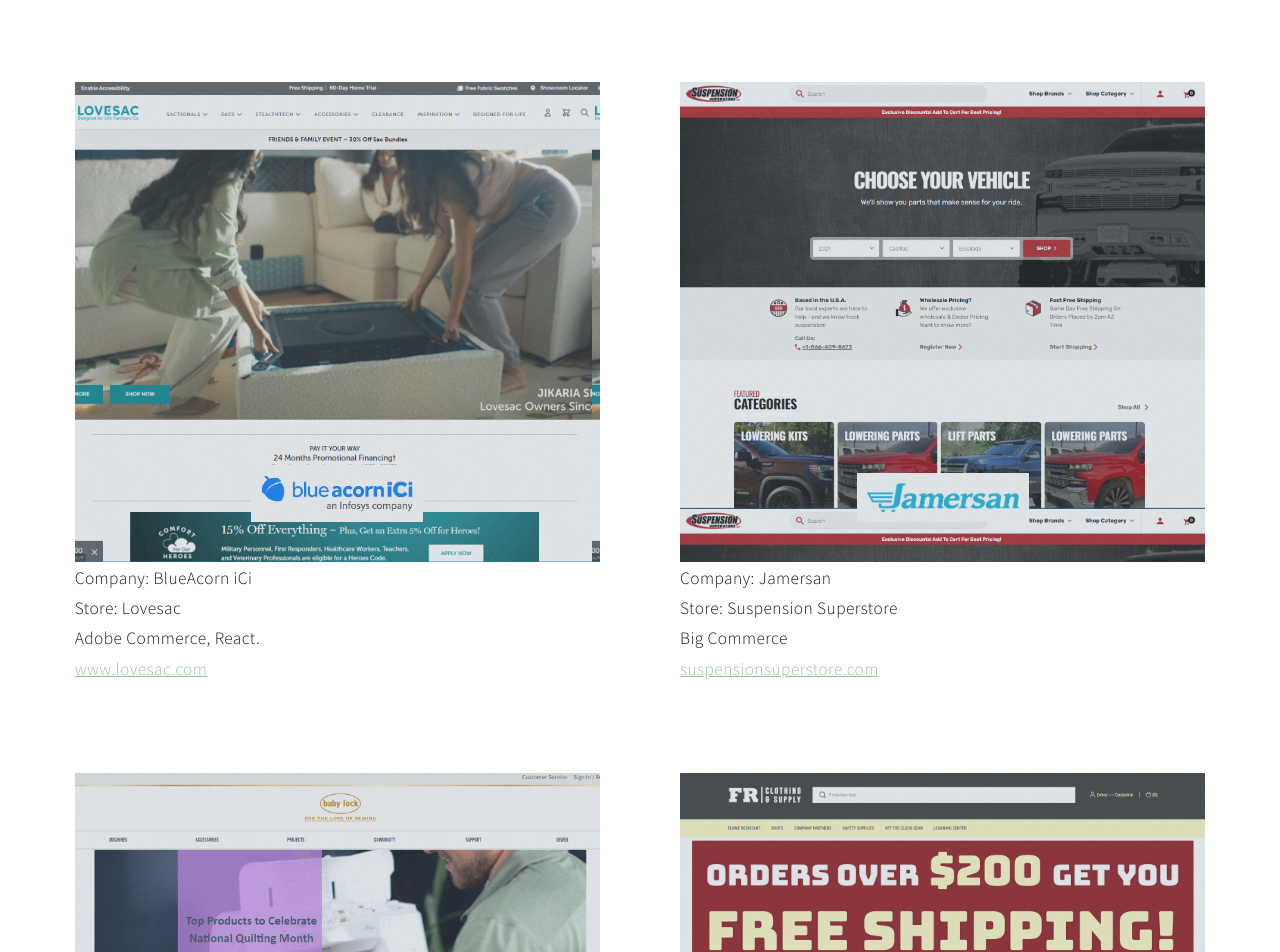
Repository: mauriciopazpp/mauriciopazpp.github.io
Page: index.html
An editor plug-in stored every save of this project. The page is shown before and after the next save, followed by the edit.
The browser window is 1280 px wide. The pictures show the part of the page from y = 5548 to 6500 px (the page is 10934 px tall).
A picture or video elsewhere on the page could not be fetched, so the positions and the page height are approximate. Backgrounds fixed to the window are drawn as part of the page.

Above is the page before, as saved 2024-03-05 23:52:17.
Console error: TypeError: Cannot set properties of undefined (setting 'windowMargin')

### index.html
<!DOCTYPE HTML>
<html>
	<head>
		<title>Mauricio Paz</title>
		<meta charset="utf-8" />
		<meta name="viewport" content="width=device-width, initial-scale=1, user-scalable=no" />
		<link rel="stylesheet" href="assets/css/main.css" />
		<noscript><link rel="stylesheet" href="assets/css/noscript.css" /></noscript>
		<link rel="icon" type="image/x-icon" href="images/favicon.png">
	</head>
	<body class="is-preload">
		<!-- <img id="preload" src="images/preloader.gif"> -->
		<!-- Header -->
			<header id="header">
				<div class="logo-header">
					<img src="images/logo-2.png" alt="Mauricio Paz Pacheco CV">
				</div>
				<nav>
					<ul>
						<li><a href="#intro">Intro</a></li>
						<li><a href="#one">Who I am</a></li>
						<li><a href="#two">Skills and Certifications</a></li>
						<li><a href="#work">Experience</a></li>
						<li><a href="#portfolio">Portfolio</a></li>
						<li style="display: none;"><a href="#things">My Things</a></li>
						<li><a href="#contact">Contact</a></li>
					</ul>
				</nav>
			</header>

		<!-- Intro -->
			<section id="intro" class="main style1 dark fullscreen">
				<div class="content">
					<header>
						<h2>Mauricio Paz</h2>
					</header>
					<p>Enter the realm of my career.</p>
					<footer>
						<!-- <a href="#one" class="button style2 down">More</a> -->
						<a href="cv/Mauricio.pdf" target="_blank" class="button">Download CV</a>
						<a href="#one" class="button">More</a>
					</footer>
				</div>
			</section>

		<!-- One -->
			<section id="one" class="main style2 right dark fullscreen">
				<div class="content box style2">
					<header>
						<h2>Who I am</h2>
					</header>
					<p>Mauricio, <span id="age">35</span> years old, more than a decade of experience in the systems development field. Certified by Adobe. Married, living in the south of Brazil. I enjoy Rock, Heavy Metal, cats and games.</p>
					<p>Let's be friends, this is my insta <a href="https://www.instagram.com/mauricio.paz.p/" style="text-decoration: none; font-weight: bold;">@mauricio.paz.p</a></p>
				</div>
				<a href="#two" class="button style2 down anchored">Next</a>
			</section>

		<!-- Two -->
			<section id="two" class="main style2 left dark fullscreen">
				<div class="content box style2">
					<header>
						<h2>Skills</h2>
					</header>
					<p><b class="php">#php</b>, <b class="javascript">#javascript</b>, <b class="node">#node</b>, <b class="graphql">#graphql</b>, <b class="sql">#sql</b></p>
					<p><b class="adobecommerce">#adobecommerce</b>, <b class="bigcommerce">#bigcommerce</b>, <b class="shopify">#shopify</b>, <b class="pwastudio">#pwastudio</b></p>
					<p><b class="vuejs">#vuejs</b>, <b class="react">#react</b>, <b class="reactnative">#reactnative</b></p>
					<p><b class="git">#git</b>, <b class="warden">#warden</b>, <b class="docker">#docker</b>, <b class="commercecloud">#commercecloud</b></p>
					<p><b class="frontend">#frontend</b>, <b class="backend">#backend</b>, <b class="fullstack">#fullstack</b></p>
					<p><b class="english">#english</b>, <b class="portuguese">#portuguese</b></p>

					<br>

					<h2>Certifications</h2>
					<p>
						<b>
						- Adobe Certified Expert - Adobe Commerce Front-End Developer.
						<a href="https://www.credly.com/badges/2049df38-8aab-49f0-89bc-399480d42e42/linked_in" target="_blank">
							Check the link
						</a>
						</b>
					</p>

				</div>
				<a href="#work" class="button style2 down anchored">Next</a>
			</section>

		<!-- Work -->
			<section id="work" class="main style3 primary">
				<div class="content">
					<header>
						<h2>My Experience</h2>
						<p>Over the years, I have worked in various companies and faced challenges that have shaped my expertise in development. At BlueAcorn iCi, I participated in projects for major companies such as Lovesac and Sony, using Adobe Commerce and React. At Jamersan, I contributed to creating stores using BigCommerce. At Unimed, I had the opportunity to independently create software from scratch, developing highly robust systems that are still in use today. Currently, at IronPlane, I am expanding my knowledge in PWA Studio. My journey is a constant pursuit of technical excellence and the ability to positively impact through software development.</p>
					</header>

					<!-- Gallery  -->
						<div class="gallery">
							<article class="from-left" style="background: url(images/fulls/02.jpg);">
								<div class="description">
									<p><b>IronPlane</b> - <i>Portland, ME, USA</i> <br> 04/2023 - Current</p>
									<ul>
										<li>•  Designed and implemented stores using Adobe Commerce.</li>
										<li>•  Upgrade PWA Studio stores and bug fixes using Adobe Commerce, PWA Studio, React, webpack, GraphQL, HTML, and CSS.</li>
										<li>•  Code-reviews in BigCommerce and Adobe Commerce stores.</li>
									</ul>
								</div>
								<div class="company">
									<img src="images/comp/ironplane.svg" alt="ironplane" class="logo">
								</div>
								<!-- <a href="images/fulls/01.jpg" class="image fit"><img src="images/thumbs/01.jpg" title="The Anonymous Red" alt="" /></a> -->
							</article>
							<article class="from-right" style="background: url(images/fulls/05.jpg);">
								<div class="description">
									<p><b>Jamersan</b> - <i>Opelika, AL, USA</i> <br> 02/2023 - 12/2023</p>
									<ul>
										<li>•  Led the creation of stores, managing product imports, and crafting database management scripts using api, bash script, php and javascript.</li>
										<li>•  Designed and developed new stores using BigCommerce, incorporating webhooks, APIs, and app development.</li>
									</ul>
								</div>
								<div class="company">
									<img src="images/comp/jamersan.webp" alt="jamersan" class="logo">
								</div>
								<!-- <a href="images/fulls/02.jpg" class="image fit"><img src="images/thumbs/02.jpg" title="Airchitecture II" alt="" /></a> -->
							</article>
							<article class="from-left" style="background: url(images/fulls/01.jpg);">
								<div class="description">
									<p><b>BlueAcorn iCi</b> - <i>Charleston, SC, USA</i> <br>03/2021 - 02/2023</p>
									<ul>
										<li>•  Senior Front-end Developer, <i>a leading company in award-winning digital transformations for Fortune 500 companies.</i> I collaborated on large-scale projects, including creating digital experiences for renowned brands such as Apple and Sony.</li>
										<li>•  Led a Front-end development team on an Adobe Commerce project, ensuring timely and high-quality delivery.</li>
										<li>•  Development and enhancement of stores for renowned brands like Lovesac, using technologies such as Adobe Commerce, React, and advanced customization tools, such as product creation in a 3D environment.</li>
									</ul>
								</div>
								<div class="company">
									<img src="images/comp/blueacorn.png" alt="blueacornici" class="logo">
								</div>
								<!-- <a href="images/fulls/03.jpg" class="image fit"><img src="images/thumbs/03.jpg" title="Air Lounge" alt="" /></a> -->
							</article>
							<article class="from-right" style="background: url(images/fulls/03.jpg);">
								<div class="description">
									<p><b>MageMontreal</b> - <i>Sainte-Agathe-des-Monts/QC  Canada</i> <br>08/2020 - 02/2021</p>
									<ul>
										<li>•  Front-end Developer at MageMontreal, contributing to the development of multiple online stores using Adobe Commerce.</li>
										<li>•  Continuous Integration/Deployment Pipeline Integration, pull requests, code reviews.</li>
									</ul>
								</div>
								<div class="company">
									<img src="images/comp/magemontreal.svg" alt="magemontreal" class="logo" style="background: #f84601">
								</div>
								<!-- <a href="images/fulls/03.jpg" class="image fit"><img src="images/thumbs/03.jpg" title="Air Lounge" alt="" /></a> -->
							</article>
							<article class="from-left" style="background: url(images/fulls/04.jpg);">
								<div class="description">
									<p><b>Redstage</b> - <i>New York, NY, USA</i> <br>03/2019 - 08/2020</p>
									<ul>
										<li>• Initiated the creation of work automation scripts, proposing tasks such as branch creation, automatic status updates in Jira, pull request creation via terminal, and development of a webhook on GitHub to send automatic notifications to Slack.</li>
										<li>•  Full Stack Developer, responsible for the creation and updates of stores using Adobe Commerce.</li>
									</ul>
								</div>
								<div class="company">
									<img src="images/comp/fulcrum.webp" alt="fulcrum" class="logo">
								</div>
								<!-- <a href="images/fulls/03.jpg" class="image fit"><img src="images/thumbs/03.jpg" title="Air Lounge" alt="" /></a> -->
							</article>
							<article class="from-right" style="background: url(images/fulls/06.jpg);">
								<div class="description">
									<p><b>KolinaLabs</b> - <i>Guarapuava, PR, Brazil</i> <br>06/2018 - 02/2019</p>
									<ul>
										<li>•  Development of system applications, including a solar panel system for Sices Brasil, the largest solar panel producer in Latin America.</li>
										<li>•  Creation and maintenance of apps using Vue.js, webpack, Sass, among others, to ensure efficient and high-quality implementation.</li>
										<li>•  BI Developer, creating an advanced dashboard using QlikSense to enhance data analysis and decision-making at Sices Brasil.</li>
									</ul>
								</div>
								<div class="company">
									<img src="images/comp/kolinalabs.png" alt="kolinalabs" class="logo">
								</div>
								<!-- <a href="images/fulls/03.jpg" class="image fit"><img src="images/thumbs/03.jpg" title="Air Lounge" alt="" /></a> -->
							</article>
							<article class="from-left" style="background: url(images/fulls/06.jpg);">
								<div class="description">
									<p><b>Unimed</b> - <i>Guarapuava, PR, Brazil</i> <br>08/2015 - 06/2018</p>
									<ul>
										<li>•  Largest healthcare company in latin america, I developed approximately 12 systems using Laravel independently, including 2 large systems that continued to be used for over 6 years, even after my departure from the company.</li>
										<li>•  Responsible for the entire system development process, from gathering requirements to development, deployment, testing, and support.</li>
										<li>•  I created a workflow system that automated all internal processes, providing greater ease of work for everyone.</li>
										<li>•  I conceptualized and developed a system that reduced an employee's workload time from 2 months to just 1 minute, automating the compression and sending of multiple PDFs via email to health plan beneficiaries.</li>
									</ul>
								</div>
								<div class="company">
									<img src="images/comp/unimed.png" alt="Unimed" class="logo" style="padding: 0;">
								</div>
								<!-- <a href="images/fulls/03.jpg" class="image fit"><img src="images/thumbs/03.jpg" title="Air Lounge" alt="" /></a> -->
							</article>
							<article class="from-right" style="background: url(images/fulls/06.jpg);    display: flex;
							align-content: center;
							justify-content: center;
							align-items: center;">
								<a href="https://www.linkedin.com/in/m-paz/details/experience/">
									<p><b style="color: white; text-decoration: underline;" target="_blank">See More</b></p>
								</a>
							</article>
						</div>
				</div>
			</section>

		<!-- Portfolio -->
		<section id="portfolio" class="main style3 primary">
			<div class="content">
				<header>
					<h2>Portfolio</h2>
					<p>Lorem ipsum dolor sit amet consectetur adipisicing elit. Quisquam ipsam suscipit, facere veniam voluptas explicabo magni quidem quasi vel consequuntur nemo unde at dolore, nulla aut nostrum. Quae, ex quo.</p>
				</header>

				<!-- Gallery  -->
					<div class="gallery">
						<article class="from-left">
							<div class="image"  style="background: url(images/portfolio/lovesac.png);">
								<div class="description"></div>
								<div class="company">
									<img src="images/comp/blueacorn.png" alt="Blueacorn" class="logo">
								</div>
							</div>
							<div class="information">
								<p>Company: BlueAcorn iCi</p>
								<p>Store: Lovesac</p>
								<p>Adobe Commerce, React.</p>
								<p><a href="https://www.lovesac.com/">www.lovesac.com</a></p>
							</div>
						</article>
						<article class="from-right">
							<div class="image"  style="background: url(images/portfolio/ss.png);">
								<div class="description"></div>
								<div class="company">
									<img src="images/comp/jamersan.webp" alt="Jamersan" class="logo">
								</div>
							</div>
							<div class="information">
								<p>Company: Jamersan</p>
								<p>Store: Suspension Superstore</p>
								<p>Big Commerce</p>
								<p><a href="https://suspensionsuperstore.com/">suspensionsuperstore.com</a></p>
							</div>
						</article>
						<article class="from-left">
							<div class="image"  style="background: url(images/portfolio/babylock.png);">
								<div class="description"></div>
								<div class="company">
									<img src="images/comp/ironplane.svg" alt="ironplane" class="logo">
								</div>
							</div>
							<div class="information">
								<p>Company: IronPlane</p>
								<p>Store: Baby Lock</p>
								<p>Adobe Commerce</p>
								<p><a href="https://babylock.com/">babylock.com</a></p>
							</div>
						</article>
						<article class="from-right">
							<div class="image"  style="background: url(images/portfolio/fr.png);">
								<div class="description"></div>
								<div class="company">
									<img src="images/comp/jamersan.webp" alt="Jamersan" class="logo">
								</div>
							</div>
							<div class="information">
								<p>Company: Jamersan</p>
								<p>Store: FR Clothing Supply</p>
								<p>Big Commerce</p>
								<p><a href="https://frclothingandsupply.com/">frclothingandsupply.com</a></p>
							</div>
						</article>
						<article class="from-left">
							<div class="image"  style="background: url(images/portfolio/jura.png);">
								<div class="description"></div>
								<div class="company">
									<img src="images/comp/fulcrum.webp" alt="Fulcrum" class="logo">
								</div>
							</div>
							<div class="information">
								<p>Company: Redstage (Fulcrum)</p>
								<p>Store: Jura</p>
								<p>Adobe Commerce</p>
								<p><a href="https://www.jura.com/en?noredirect=true">www.jura.com/en</a></p>
							</div>
						</article>
						<article class="from-right">
							<div class="image"  style="background: url(images/portfolio/lee.png);">
								<div class="description"></div>
								<div class="company">
									<img src="images/comp/blueacorn.png" alt="BlueAcorn" class="logo">
								</div>
							</div>
							<div class="information">
								<p>Company: BlueAcorn iCi</p>
								<p>Store: Lee Industries</p>
								<p>Adobe Commerce</p>
								<p><a href="https://www.leeindustries.com/">www.leeindustries.com</a></p>
							</div>
						</article>
						<article class="from-left">
							<div class="image"  style="background: url(images/portfolio/lee.png);">
								<div class="description"></div>
								<div class="company">
									<img src="images/comp/blueacorn.png" alt="BlueAcorn" class="logo">
								</div>
							</div>
							<div class="information">
								<p>Company: BlueAcorn iCi</p>
								<p>Store: Lee Industries</p>
								<p>Adobe Commerce</p>
								<p><a href="https://www.leeindustries.com/">www.leeindustries.com</a></p>
							</div>
						</article>
						<article class="from-right">
							<div class="image"  style="background: url(images/portfolio/wine.png);">
								<div class="description"></div>
								<div class="company">
									<img src="images/comp/blueacorn.png" alt="BlueAcorn" class="logo">
								</div>
							</div>
							<div class="information">
								<p>Company: BlueAcorn iCi</p>
								<p>Store: Wine Enthusiast</p>
								<p>Adobe Commerce, Wordpress</p>
								<p><a href="https://www.wineenthusiast.com/shop/">wineenthusiast.com/shop</a></p>
							</div>
						</article>
						<article class="from-left">
							<div class="image"  style="background: url(images/portfolio/solar.png);">
								<div class="description"></div>
								<div class="company">
									<img src="images/comp/kolinalabs.png" alt="KolinaLabs" class="logo">
								</div>
							</div>
							<div class="information">
								<p>Company: Kolina Labs</p>
								<p>System: Sices Solar (Ilustrative image)</p>
								<p>VueJS</p>
								<p><a href="https://app.sicessolar.com/">app.sicessolar.com</a></p>
							</div>
						</article>
						<article class="from-right">
							<div class="image"  style="background: url(images/portfolio/delta.png);">
								<div class="description"></div>
								<div class="company">
									<img src="images/comp/blueacorn.png" alt="Blueacorn" class="logo">
								</div>
							</div>
							<div class="information">
								<p>Company: BlueAcorn iCi</p>
								<p>Store: Delta Galil</p>
								<p>Adobe Commerce, Wordpress</p>
								<p><a href="https://www.deltagalil.com/">www.deltagalil.com</a></p>
							</div>
						</article>
						<article class="from-left">
							<div class="image"  style="background: url(images/portfolio/ammo.png);">
								<div class="description"></div>
								<div class="company">
									<img src="images/comp/jamersan.webp" alt="jamersan" class="logo">
								</div>
							</div>
							<div class="information">
								<p>Company: Jamersan</p>
								<p>Store: Underwood Ammo</p>
								<p>Big Commerce</p>
								<p><a href="https://underwoodammo.com/">underwoodammo.com</a></p>
							</div>
						</article>
						<article class="from-right">
							<div class="image"  style="background: url(images/portfolio/implus.png);">
								<div class="description"></div>
								<div class="company">
									<img src="images/comp/blueacorn.png" alt="BlueAcorn" class="logo">
								</div>
							</div>
							<div class="information">
								<p>Company: BlueAcorn iCi</p>
								<p>Store: Implus SKLZ</p>
								<p>Adobe Commerce</p>
								<p><a href="https://sklz.com/">sklz.com</a></p>
							</div>
						</article>
					</div>
			</div>
		</section>

		<!-- Contact -->
			<section id="contact" class="main style3 secondary">
				<div class="content">
					<header>
						<h2>Say Hello.</h2>
						<p>Whether you have a question, want to collaborate, or just say hello, I'd love to hear from you.</p>
					</header>
					<div class="box">
						<form method="post" action="https://formspree.io/xaypakzd">
							<div class="fields">
								<div class="field half"><input type="text" name="username" placeholder="Name" required/></div>
								<div class="field half"><input type="email" name="email" placeholder="Email" required /></div>
								<div class="field"><textarea name="message" placeholder="Message" rows="6" required></textarea></div>
							</div>
							<ul class="actions special">
								<li><input type="submit" value="Send Message" /></li>
							</ul>
						</form>
					</div>
					<h2>You can also message me using social apps</h2>
					<ul class="list-inline fullscreen-nav-holder">
						<li><a class="text-uppercase" href="https://www.linkedin.com/in/m-paz/?locale=en_US">Linkedin</a></li>
						<li><a class="text-uppercase" href="https://www.instagram.com/mauricio.paz.p/">Instagram</a></li>
						<li><a class="text-uppercase" href="https://wa.me/5542984152452?text=Hi%21+I+came+across+your+linkedin+profile">Whatsapp</a></li>
					</ul>
					<ul class="list-inline fullscreen-nav-holder">
						<li><b>mauriciopazdev@gmail.com</b></li>
						<li><b>+55 42 9-8415-24-52</b></li>
					</ul>

					<h2 style="color: cornflowerblue; margin-bottom: 30px">
						Thanks for stopping by!
					</h2>
					<br>
				</div>
			</section>

			<!-- Things -->
			<section id="things" class="main style3 primary" style="display: none;">
				<div class="content">
					<header>
						<h2>My Things</h2>
						<p>I believe that our professional life is closely linked to who we are and what we enjoy, so here are some of my childhood and teenager works.</p>
					</header>

					<!-- Gallery  -->
					<h3>Drawings</h3>
					<div class="gallery">
						<article class="from-left">
							<img src="images/things/draw.jpg">
						</article>
						<article class="from-right">
							<img src="images/things/draw2.jpg">
						</article>
					</div>
					<h3>Drawings in MsPaint, before touch screen exist</h3>
					<div class="gallery">
						<article class="from-left">
							<img src="images/things/paint3.jpg">
						</article>
						<article class="from-right">
							<img src="images/things/paint.jpg">
						</article>
					</div>
					<h3>3D modeling work, before become a developer</h3>
					<div class="gallery">
						<article class="from-left">
							<img src="images/things/3d.jpg">
						</article>
						<article class="from-right">
							<img src="images/things/3d3.jpg">
						</article>
					</div>
				</div>
			</section>

		<!-- Footer -->
			<footer id="footer">

				<!-- Icons -->
					<ul class="icons">
						<li><a href="https://www.facebook.com/mauriciopazpacheco" class="icon brands fa-facebook-f"><span class="label">Facebook</span></a></li>
						<li><a href="https://www.instagram.com/mauricio.paz.p/" class="icon brands fa-instagram"><span class="label">Instagram</span></a></li>
						<li><a href="https://www.linkedin.com/in/m-paz/?locale=en_US" class="icon brands fa-linkedin-in"><span class="label">LinkedIn</span></a></li>
					</ul>

				<!-- Menu -->
					<ul class="menu">
						<li>Mauricio Paz Pacheco</li><li></li>
					</ul>

			</footer>

		<!-- Scripts -->
			<script src="assets/js/jquery.min.js"></script>
			<script src="assets/js/jquery.poptrox.min.js"></script>
			<script src="assets/js/jquery.scrolly.min.js"></script>
			<script src="assets/js/jquery.scrollex.min.js"></script>
			<script src="assets/js/browser.min.js"></script>
			<script src="assets/js/breakpoints.min.js"></script>
			<script src="assets/js/util.js"></script>
			<script src="assets/js/main.js"></script>
	</body>
	<script>
		const dob = new Date('1988-12-08');
		const now = new Date();
		let age = now.getFullYear() - dob.getFullYear();
		if (now.getMonth() < dob.getMonth() || (now.getMonth() === dob.getMonth() && now.getDate() < dob.getDate())) {
			age--;
		}
		document.getElementById('age').textContent = age;
	</script>
</html>

Loaded but not shown: assets/css/fontawesome-all.min.css (library); assets/js/jquery.min.js (library); assets/js/jquery.poptrox.min.js (library); assets/js/jquery.scrolly.min.js (common file); assets/js/jquery.scrollex.min.js (common file); assets/js/browser.min.js (common file); assets/js/breakpoints.min.js (common file); assets/js/util.js (587 lines, source omitted); assets/js/main.js (219 lines, source omitted); assets/css/main.css (2540 lines, source omitted)

After the next save:
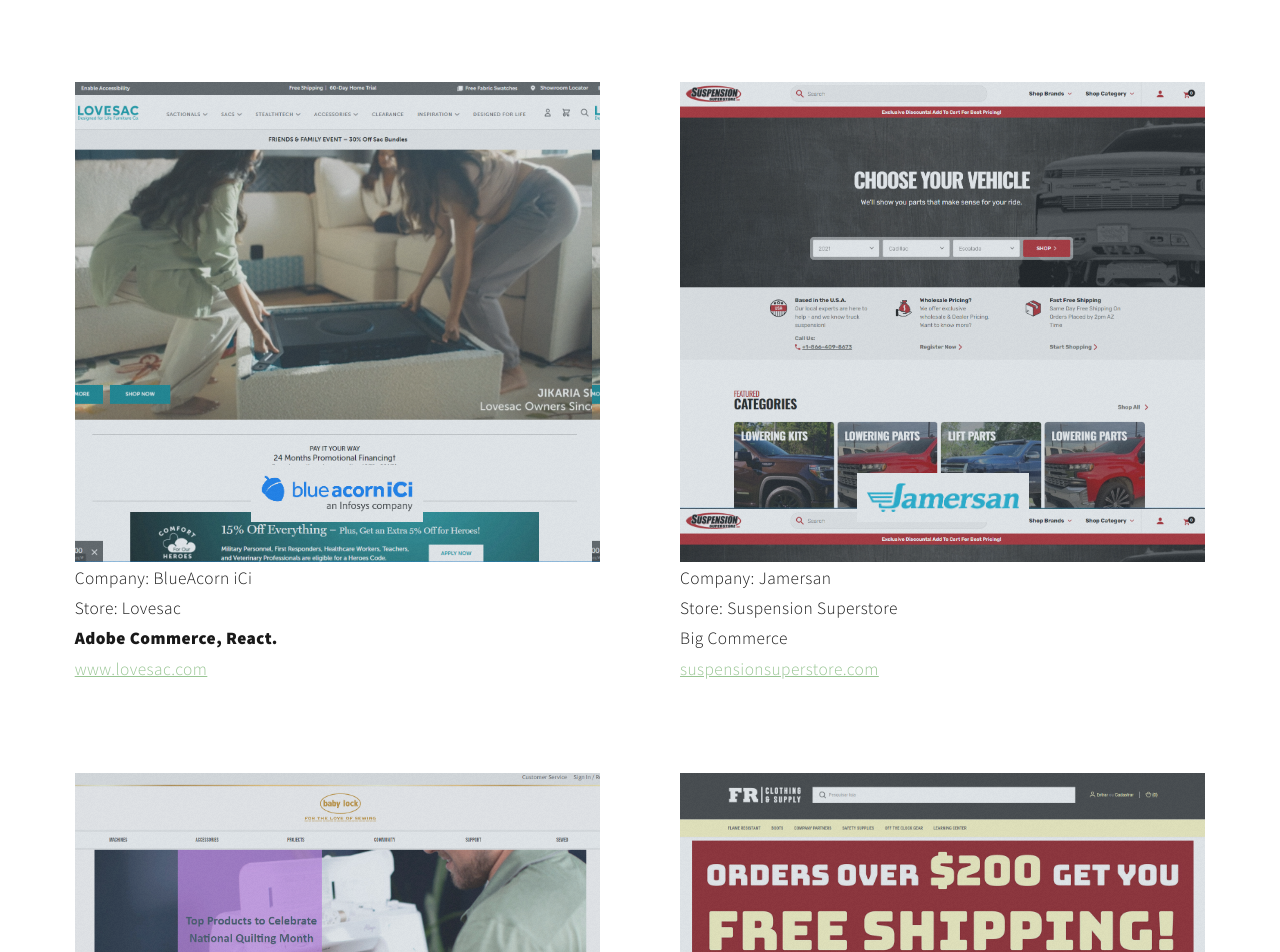
Saved 33 s later.
--- a/index.html
+++ b/index.html
@@ -222,7 +222,7 @@
 							<div class="information">
 								<p>Company: BlueAcorn iCi</p>
 								<p>Store: Lovesac</p>
-								<p>Adobe Commerce, React.</p>
+								<p><b>Adobe Commerce, React.</b></p>
 								<p><a href="https://www.lovesac.com/">www.lovesac.com</a></p>
 							</div>
 						</article>
